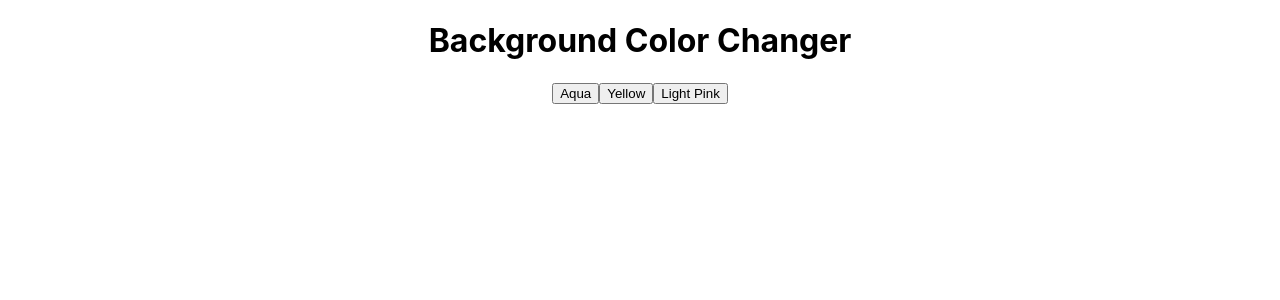
Repository: Jay1161/FSWD
Page: / (app in Week-12/frontend/cookies/)
The author's editor kept a copy of each file at every save. The page is drawn from the files as they stood at one save, then again after the next save.
The browser window is 1280 px wide. The pictures show the whole page.
The project was rebuilt for these pictures with package versions that can differ from the ones it lists, and the page was loaded fresh each time.

Above is the page before, as saved 2023-09-27 18:48:17.

### Week-12/frontend/cookies/src/index.js
import React from 'react';
import ReactDOM from 'react-dom/client';
import './index.css';
import reportWebVitals from './reportWebVitals';
//import App from './App';
import Cookies from './cookies';

const root = ReactDOM.createRoot(document.getElementById('root'));
root.render(
  <React.StrictMode>
    <Cookies />
  </React.StrictMode>
);

// If you want to start measuring performance in your app, pass a function
// to log results (for example: reportWebVitals(console.log))
// or send to an analytics endpoint. Learn more: https://bit.ly/CRA-vitals
reportWebVitals();

### Week-12/frontend/cookies/src/cookies.jsx
import React, { useState, useEffect } from 'react';
import './App.css';

function Cookies() {
  const [backgroundColor, setBackgroundColor] = useState('');

  useEffect(() => {
    // Retrieve the backgroundColor cookie when the component mounts
    const savedBackgroundColor = getCookie('backgroundColor');
    if (savedBackgroundColor) {
      setBackgroundColor(savedBackgroundColor);
    }
  }, []);

  // Function to set the backgroundColor cookie on button click
  const setCookieAndBackgroundColor = (color) => {
    document.body.style.backgroundColor = color;
    document.cookie = `backgroundColor=${color}`;
    setBackgroundColor(color);
  };

  // Function to retrieve a cookie by name
  const getCookie = (name) => {
    const cookies = document.cookie.split(';');
    for (const cookie of cookies) {
      const [cookieName, cookieValue] = cookie.trim().split('=');
      if (cookieName === name) {
        return cookieValue;
      }
    }
    return null;
  };

  return (
    <div className="App">
      <h1>Background Color Changer</h1>
      <button onClick={() => setCookieAndBackgroundColor('#84FFFF')}>Aqua</button>
      <button onClick={() => setCookieAndBackgroundColor('#F4FF81')}>Yellow</button>
      <button onClick={() => setCookieAndBackgroundColor('lightpink')}>Light Pink</button>
    </div>
  );
}

export default Cookies;

Loaded but not shown: Week-12/frontend/cookies/public/index.html (common file); Week-12/frontend/cookies/src/index.css (common file); Week-12/frontend/cookies/src/reportWebVitals.js (common file); Week-12/frontend/cookies/src/App.css (common file)

After the next save:
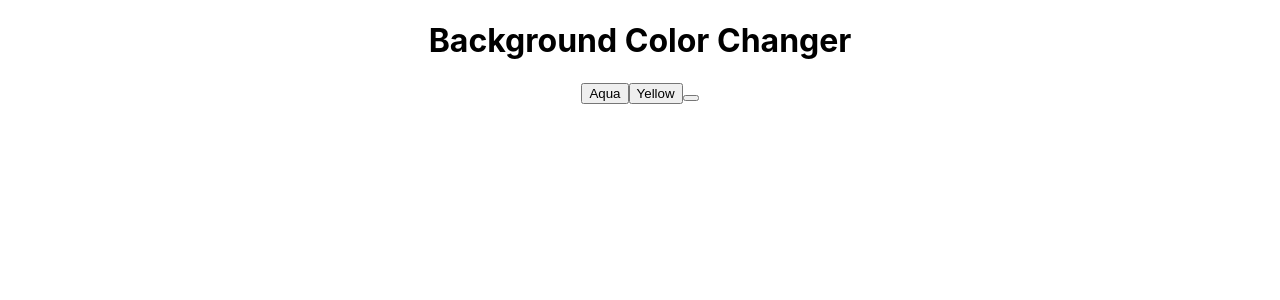
Saved 4 s later.
--- a/Week-12/frontend/cookies/src/cookies.jsx
+++ b/Week-12/frontend/cookies/src/cookies.jsx
@@ -36,7 +36,7 @@ function Cookies() {
       <h1>Background Color Changer</h1>
       <button onClick={() => setCookieAndBackgroundColor('#84FFFF')}>Aqua</button>
       <button onClick={() => setCookieAndBackgroundColor('#F4FF81')}>Yellow</button>
-      <button onClick={() => setCookieAndBackgroundColor('lightpink')}>Light Pink</button>
+      <button onClick={() => setCookieAndBackgroundColor('lightpink')}></button>
     </div>
   );
 }
